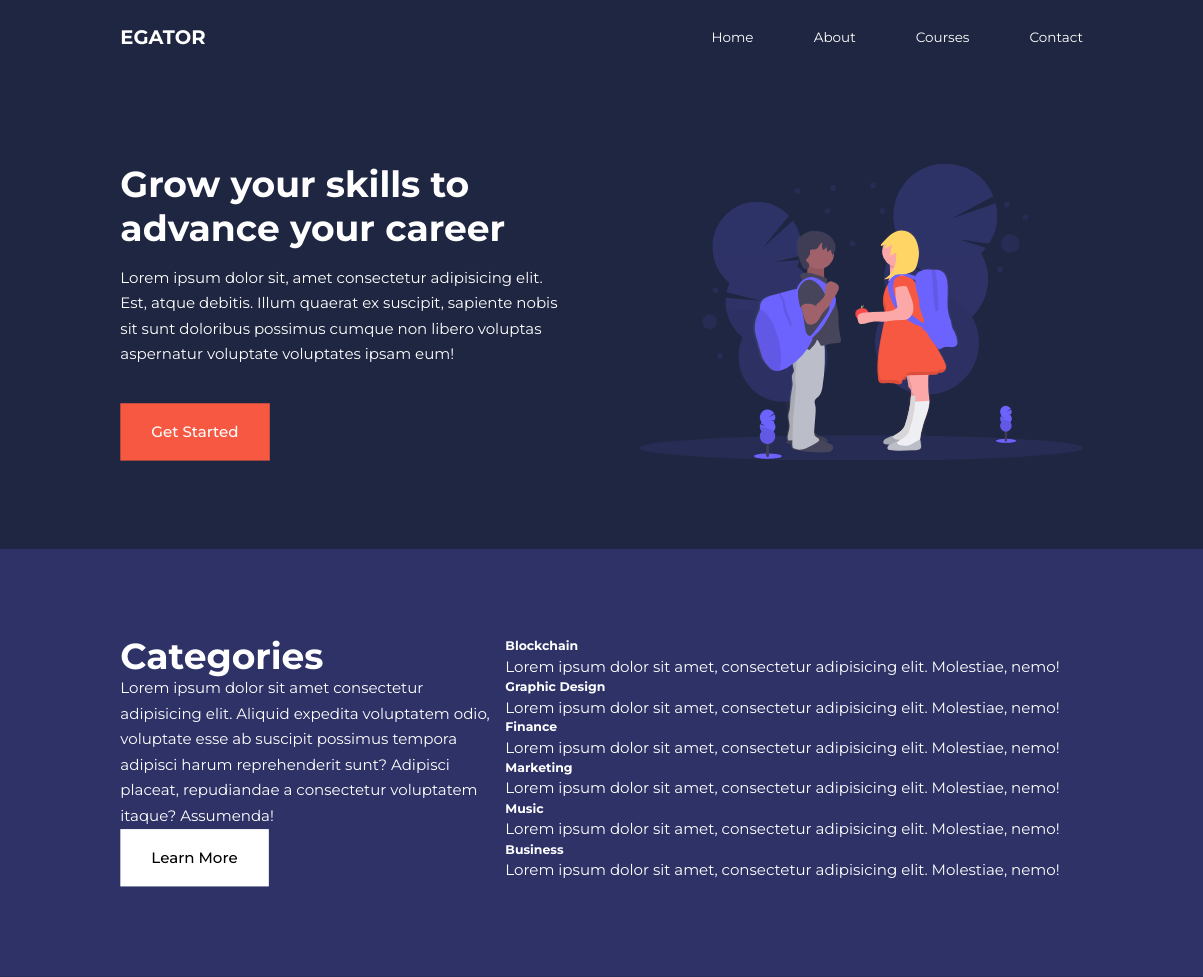
Repository: QUANGTHAI2003/education-web
Page: index.html
The author's editor kept a copy of each file at every save. The page is drawn from the files as they stood at one save, then again after the next save.
The browser window is 1280 px wide. The pictures show the whole page, at 94% of full size.
Some icons come from a web library that is not loaded, so they are not drawn.

Above is the page before, as saved 2022-03-11 11:49:34.

After the next save:
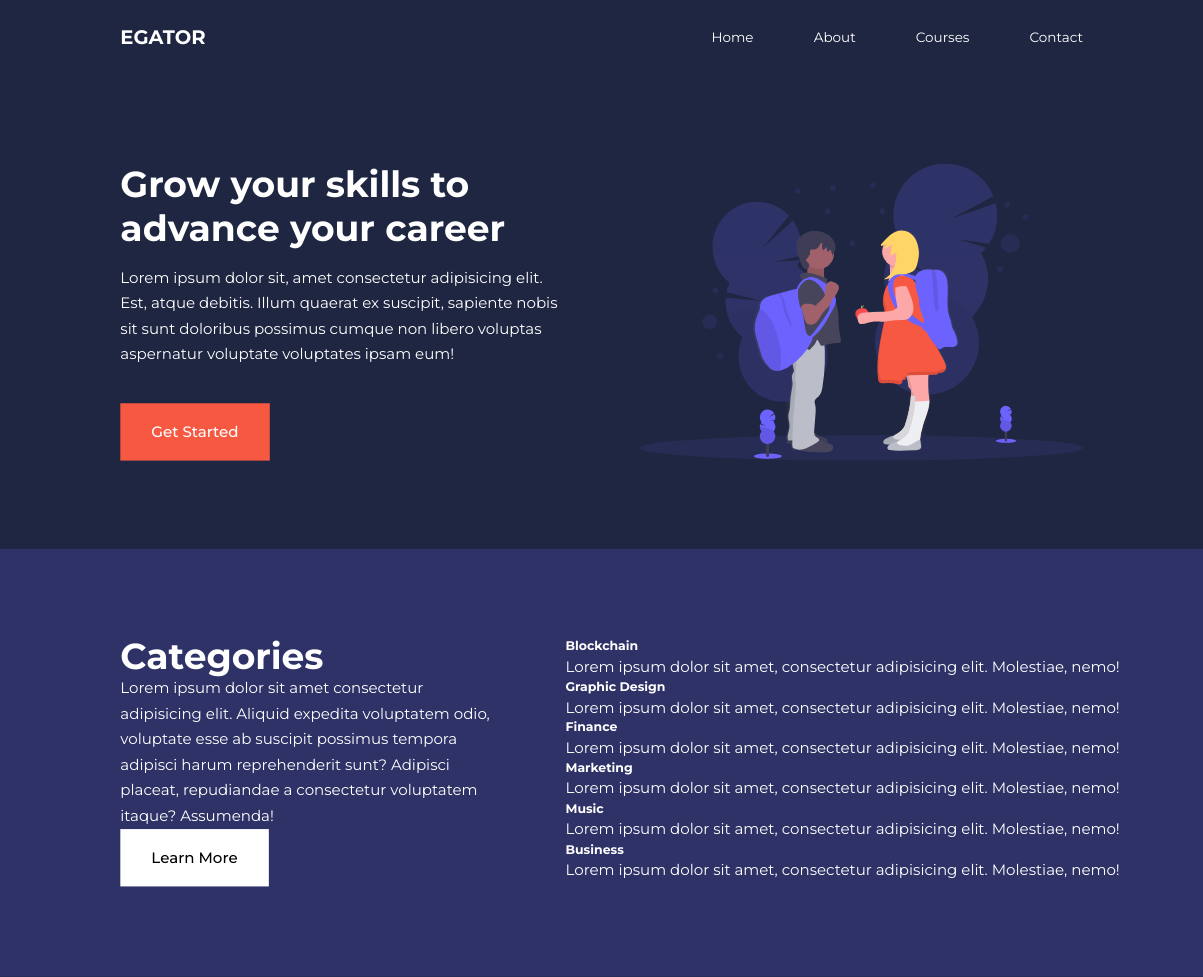
Saved 27 s later.
--- a/css/style.css
+++ b/css/style.css
@@ -172,5 +172,6 @@ header {
 
 .categories__container {
     display: grid;
-    grid-template-columns: 40% 60%
+    grid-template-columns: 40% 60%;
+    gap: 4rem;
 }
